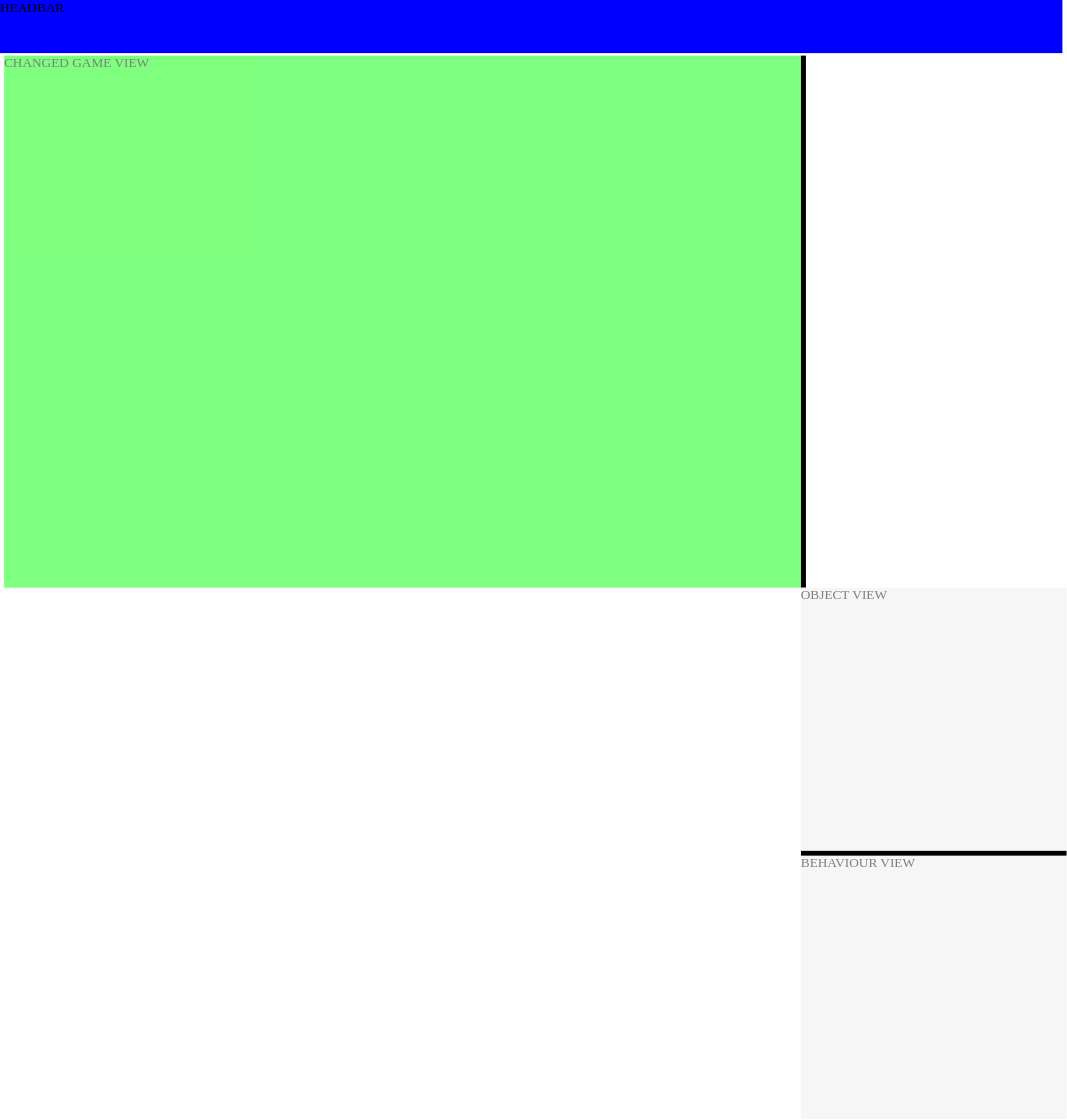
Repository: n-donnelly/onlinegameproto
Page: Content/main.html
The author's editor kept a record of every edit. The page is drawn from the files as they stood at one moment, then again after the next edit.
The browser window is 1280 px wide. The page is 1285 px wide, then 1280 px, so the pictures cover 1285 px, including what lies to the right of the window. The pictures show the whole page, at 83% of full size.

Above is the page before.

After the next edit:
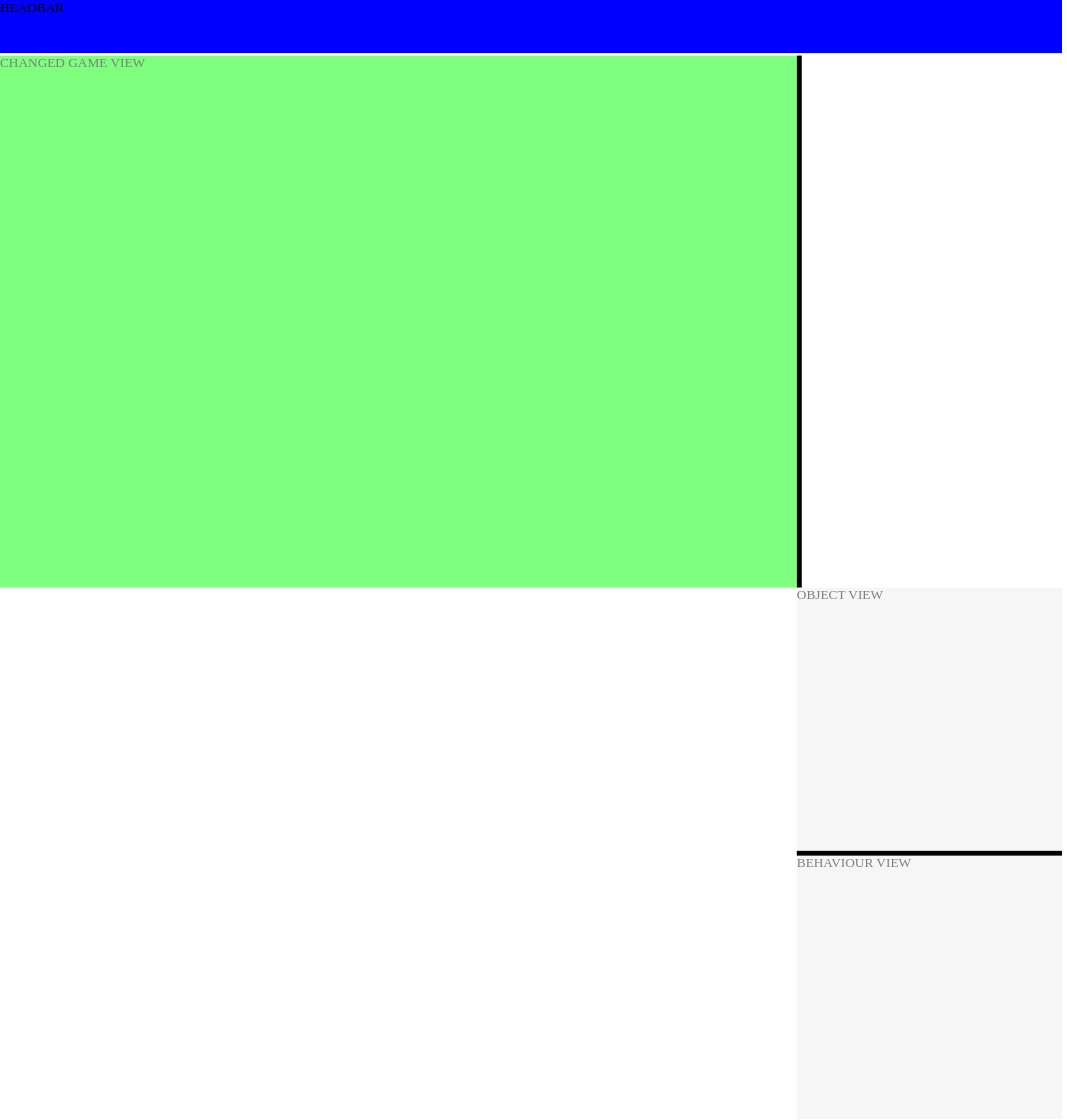
The edit:
--- a/CSS/main.css
+++ b/CSS/main.css
@@ -34,8 +34,6 @@
     height:89%;
     width: 100%;
     position: absolute;
-    margin-right: 0.4em;
-    left: 0.3em;
 }
 
 .resize_bar {
